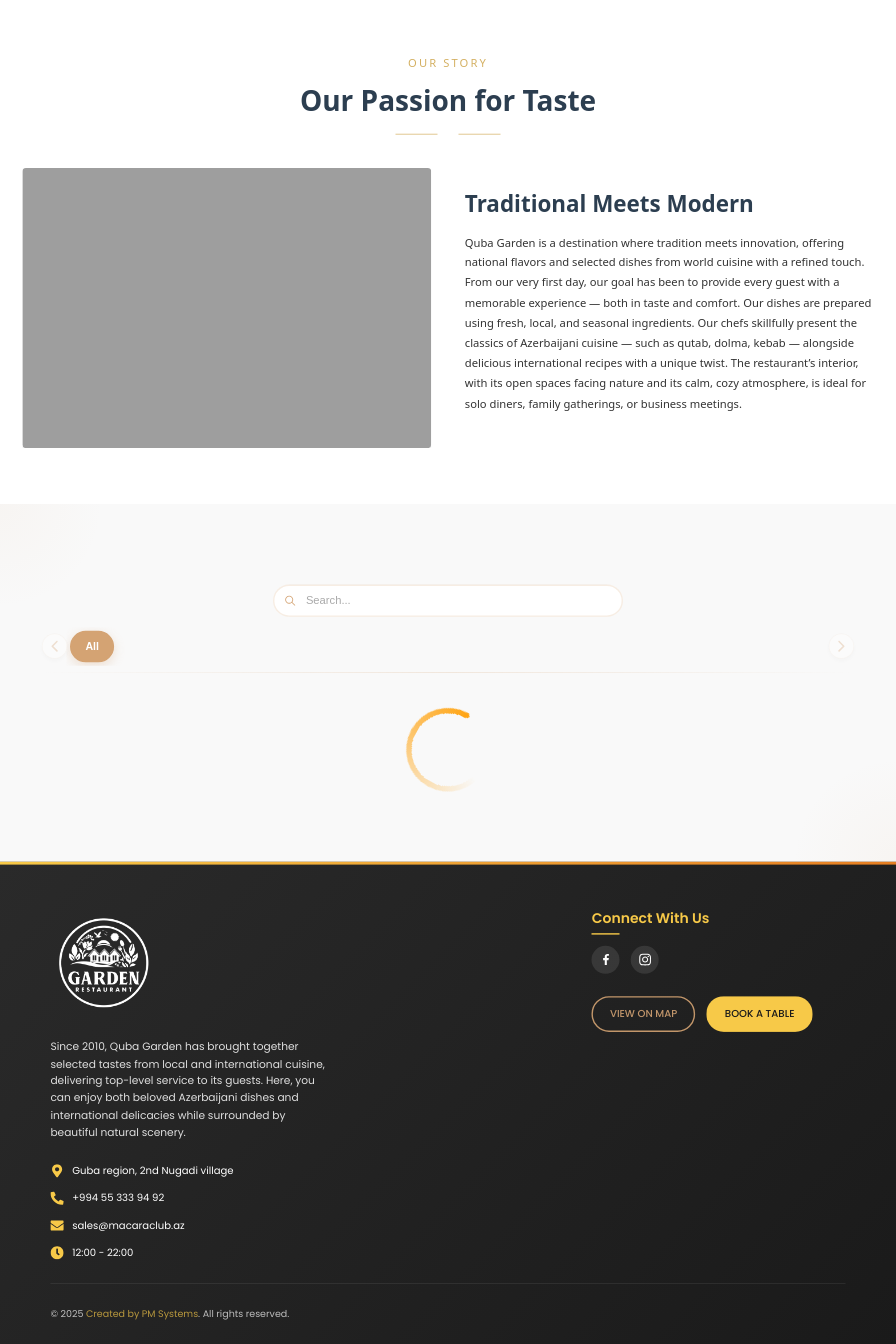
Repository: ferhadsultan98/menu-macara
Page: /
The author's editor kept a copy of each file at every save. The page is drawn from the files as they stood at one save, then again after the next save.
The browser window is 1280 px wide. The pictures show the part of the page from y = 723 to 2643 px (the page is 2643 px tall), at 70% of full size.
Pictures or frames that could not be fetched are drawn as grey boxes. The page's requests for data from a server got no answer. The project was rebuilt for these pictures with package versions that can differ from the ones it lists, and the page was loaded fresh each time. No one was signed in, and anything a server would have sent is missing. Also part of the build but not shown: vite.config.js.

Above is the page before, as saved 2025-04-18 16:59:54.

After the next save:
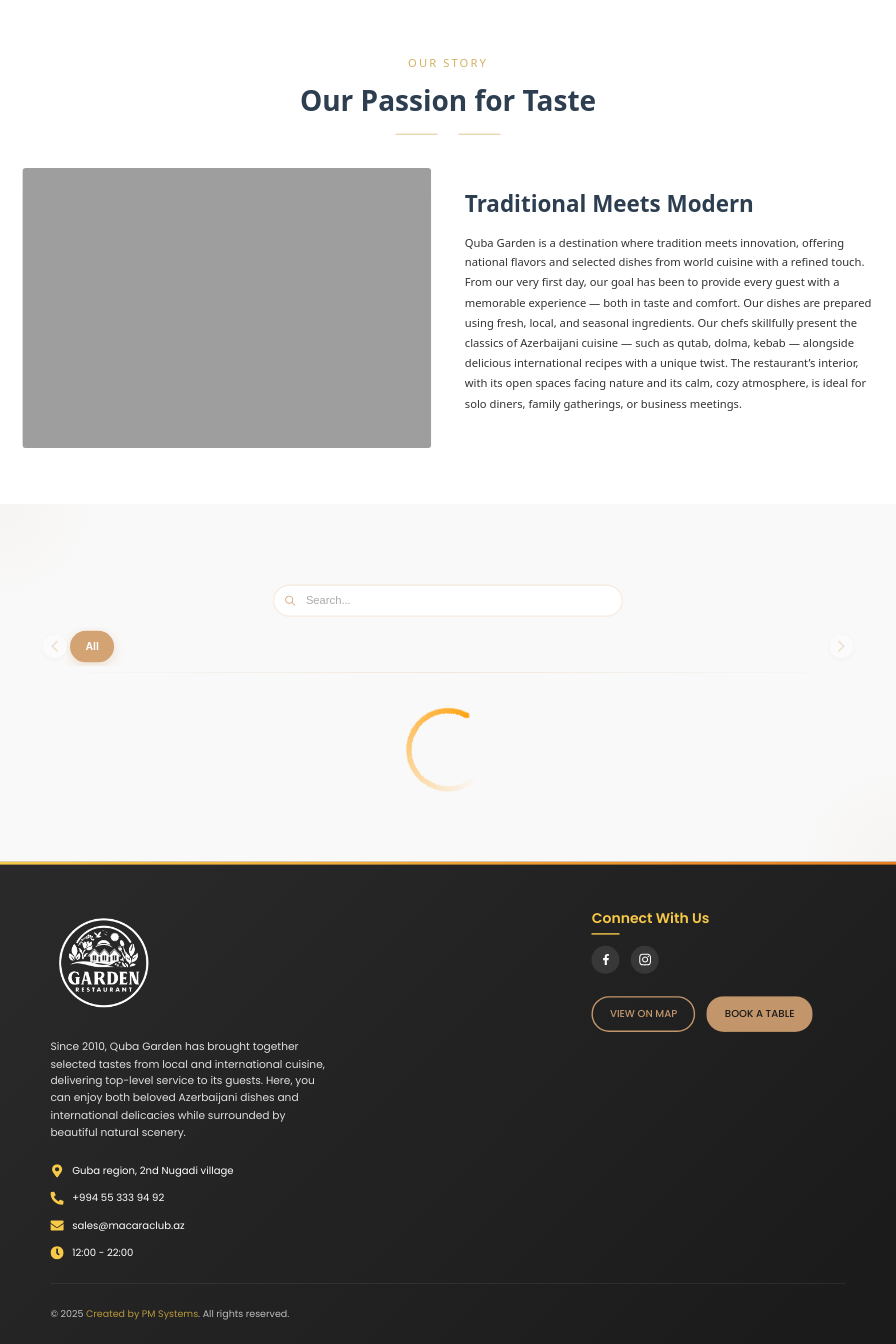
Saved 7 s later.
--- a/src/Components/Common/Footer/Footer.scss
+++ b/src/Components/Common/Footer/Footer.scss
@@ -146,7 +146,7 @@
         }
 
         &.book-btn {
-          background: #f7c948;
+          background: rgba(212, 163, 115, 0.9);
           color: #1a1a1a;
           border: 2px solid transparent;
 
